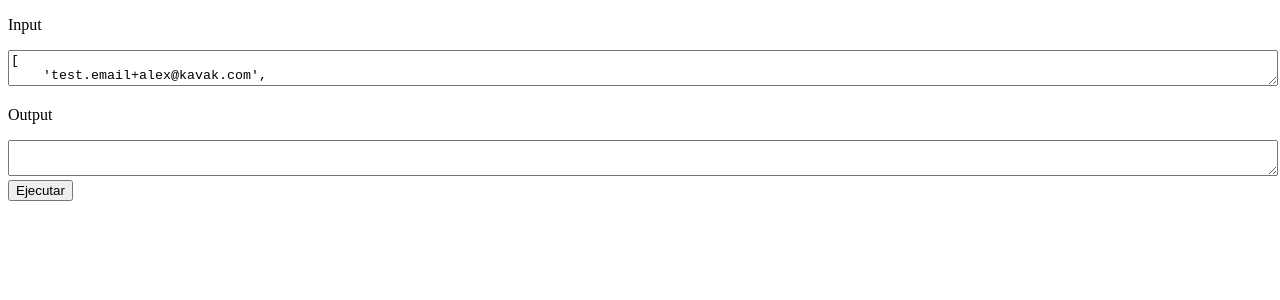
Repository: davobarrera/pruebaKVK
Page: index.html
An editor plug-in stored every save of this project. The page is shown before and after the next save, followed by the edit.
The browser window is 1280 px wide. The pictures show the whole page.

Above is the page before, as saved 2020-07-04 11:32:57.

After the next save:
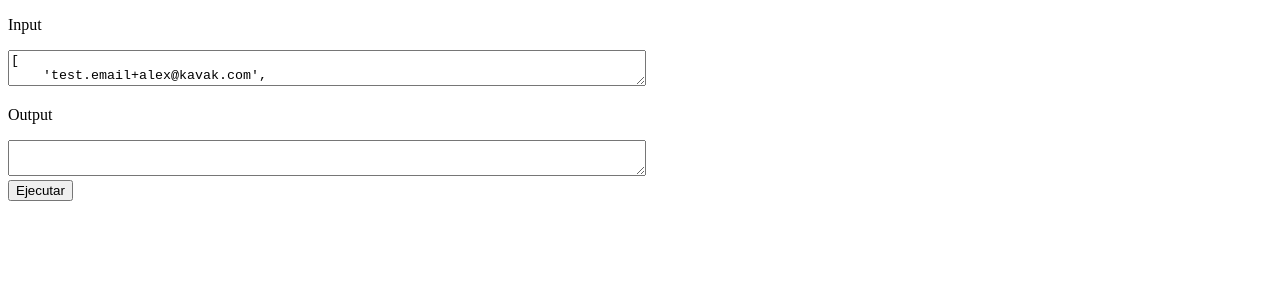
Saved 8 s later.
--- a/index.html
+++ b/index.html
@@ -9,7 +9,7 @@
 
 <body>
     <p>Input</p>
-    <textarea id="input"  style="width: 100%;">
+    <textarea id="input"  style="width: 50%;">
 [
     'test.email+alex@kavak.com',
     'test.e.mail+bob.cathy@kavak.com',
@@ -17,7 +17,7 @@
 ]
     </textarea>
     <p>Output</p>
-    <textarea id="output" style="width: 100%;"></textarea>
+    <textarea id="output" style="width: 50%;"></textarea>
     <br>
     <button onclick=ejecutar()>Ejecutar</button>
   <script src="filtrarEmail.js"></script>
